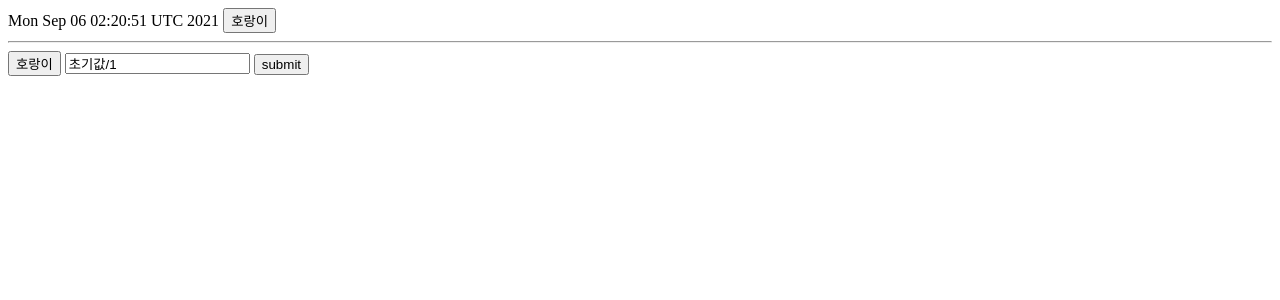
Repository: soobin10236/Class
Page: http://localhost/Web10/
An editor plug-in stored every save of this project. The page is shown before and after the next save, followed by the edit.
The browser window is 1280 px wide. The pictures show the whole page.
The page is served by Tomcat 9. Other server files are loaded and not shown.

Above is the page before, as saved 2021-09-08 02:42:59.

### Web10/src/main/webapp/index.jsp

<%@page import="java.util.Date"%>
<%@ page language="java" contentType="text/html; charset=EUC-KR"
	pageEncoding="EUC-KR"%>
<!DOCTYPE html>
<html>
<head>
<meta charset="EUC-KR">
<title>Insert title here</title>
</head>

<body>
	<%--

	<!-- ex) -->

	<% Date date = new Date(); %>
	<%= date %>

	--%>

	<!-- ex8) html tag-->
	<% Date date = new Date(); %>
	<%= date %>
	<button>호랑이</button>
	<hr/>
	<button>호랑이</button>
	<input type="text" value="초기값/1"/>
	<input type="submit" value="submit"/>

	<%-- <!-- ex7) JSP for문-->
	<body bgcolor = <%="green" %>>
	<% Date date = new Date(); %>
	<%= date %>

	<%
		String[] name = {"호랑이","독수리","원숭이","코끼리"};
	%>

	<table border="1" width="200">
	<%for(int i = 0; i < name.length; i++){ %>
		<tr>
			<%
				int temp = i * 10;
			%>
			<td><%=temp %></td>
			<td><%=name[i] %></td>
		</tr>
	<%} %>
	</table> --%>

	<%-- <!-- ex6) 테이블 출력 -->
	<% Date date = new Date(); %>
	<%= date %>
	<table border="1" width="200">
		<tr>
			<td><%=1 %></td>
			<td><%="호랑이" %></td>
		</tr>
		<tr>
			<td><%=2 %></td>
			<td><%="코끼리" %></td>
		</tr>
		<tr>
			<td><%=3 %></td>
			<td><%="독수리" %></td>
		</tr>
	</table> --%>


	<%-- <!-- ex5) import -->
	<% //java.util.Date date = new java.util.Date(); %>

	<%//@ page import = "java.util.*" %>
	<% Date date = new Date(); %>
	<%= date %> --%>


	<%-- <!-- ex4) JSP 선언문(함수작성) -->
	<h1>호랑이</h1>
	<%!
		void f1(javax.servlet.jsp.JspWriter out){
			try{
			out.print("method call");
			} catch(Exception e){
				e.printStackTrace();
			}
		}

		int f2(){
			return 999;
		}
	%>
	<%
		f1(out);

	// 표현식에는 ; 들어가면 안됨!
	%>
	<br/>
	<%=f2() %> --%>


	<%-- <!-- ex3) JSP 표현식 -->
	<h1>호랑이</h1>
	<%
		int num = 0;
		String s = "호랑이";
	%>
	출력 1 : <%=num %><br/>
	출력 2 : <%=s %><br/>	 --%>

	<%-- <!-- ex2) JSP 출력-->
	<h1>호랑이</h1>
	<%
		int num = 0;
		String s = "호랑이";
		out.println(num + "<br/>");
		out.println(s);
	%> --%>




	<%-- <!-- ex1) JSP 기초 4가지 -->
	1번 스크립트 릿 -> 자바코드 작성
	<% %>

	2번 표현식 -> 웹페이지에 출력 용도
	<%= %>

	3번 선언문(함수 작성) -> 잘 쓰이지 않는다.
	<%! %>

	4번 주석 잡기 <%-- -->
	자바코드 안에서는 자바에서 처럼 주석 잡으면 됨 --%>

</body>

</html>

After the next save:
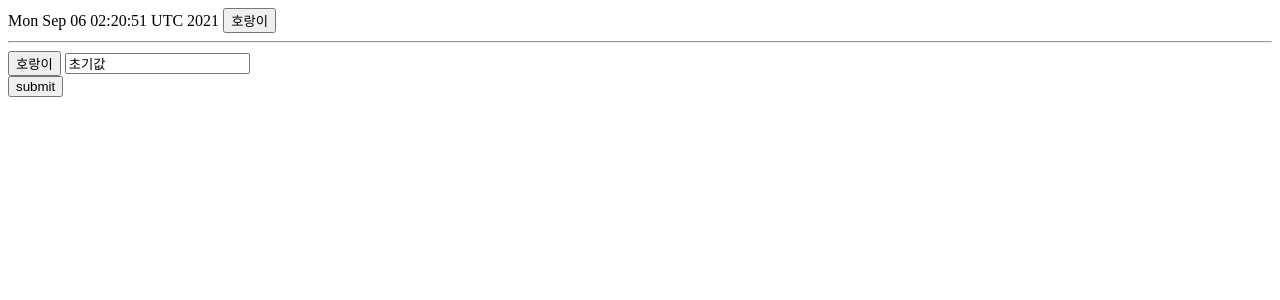
Saved 20 s later.
--- a/Web10/src/main/webapp/index.jsp
+++ b/Web10/src/main/webapp/index.jsp
@@ -25,7 +25,7 @@
 	<button>호랑이</button>
 	<hr/>
 	<button>호랑이</button>
-	<input type="text" value="초기값/1"/>
+	<input type="text" value="초기값"/><br/>
 	<input type="submit" value="submit"/>
 
 	<%-- <!-- ex7) JSP for문-->
